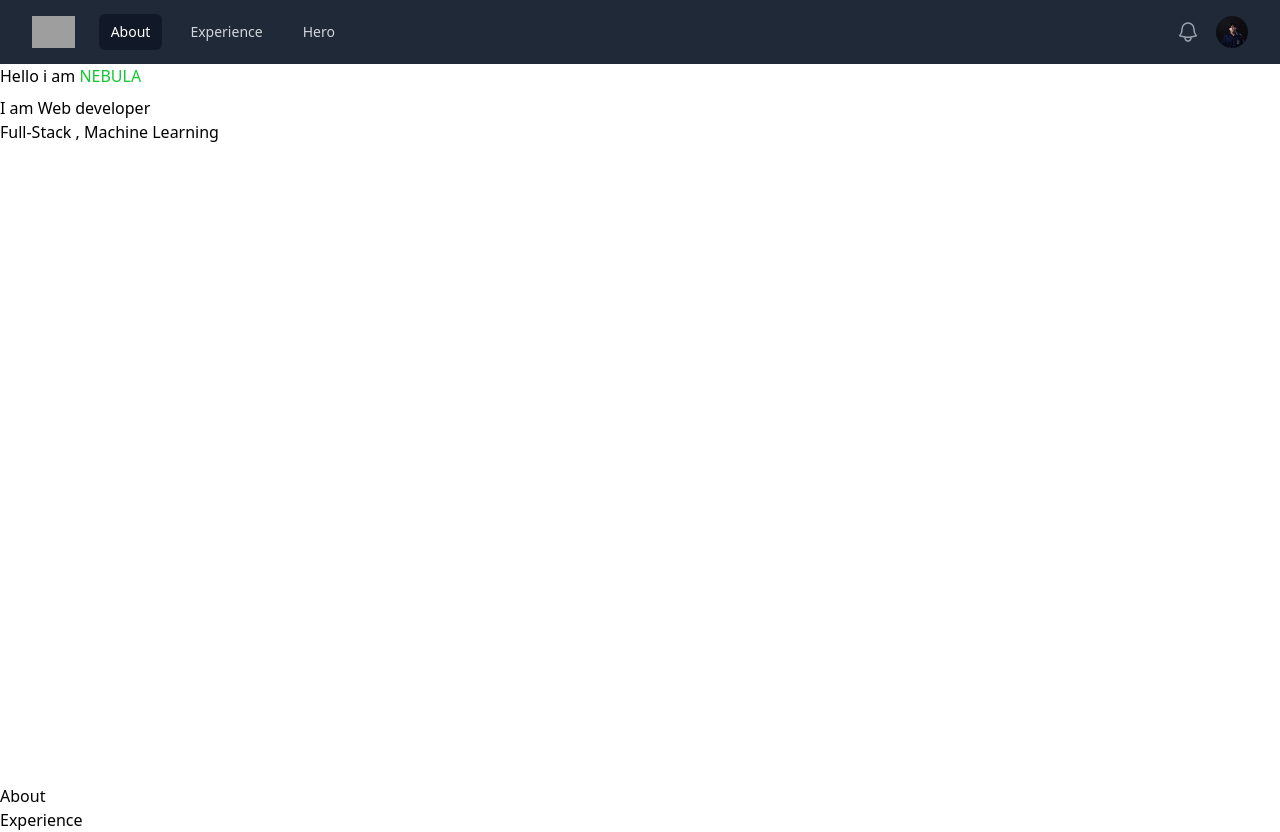
Repository: supakorn5039-boon/React-f
Page: /
The author's editor kept a copy of each file at every save. The page is drawn from the files as they stood at one save, then again after a run of saves.
The browser window is 1280 px wide. The pictures show the whole page.
Pictures or frames that could not be fetched are drawn as grey boxes. The project was rebuilt for these pictures with package versions that can differ from the ones it lists, and the page was loaded fresh each time. Also part of the build but not shown: vite.config.js.

Above is the page before, as saved 2024-01-09 10:55:17.

After the next 3 saves:
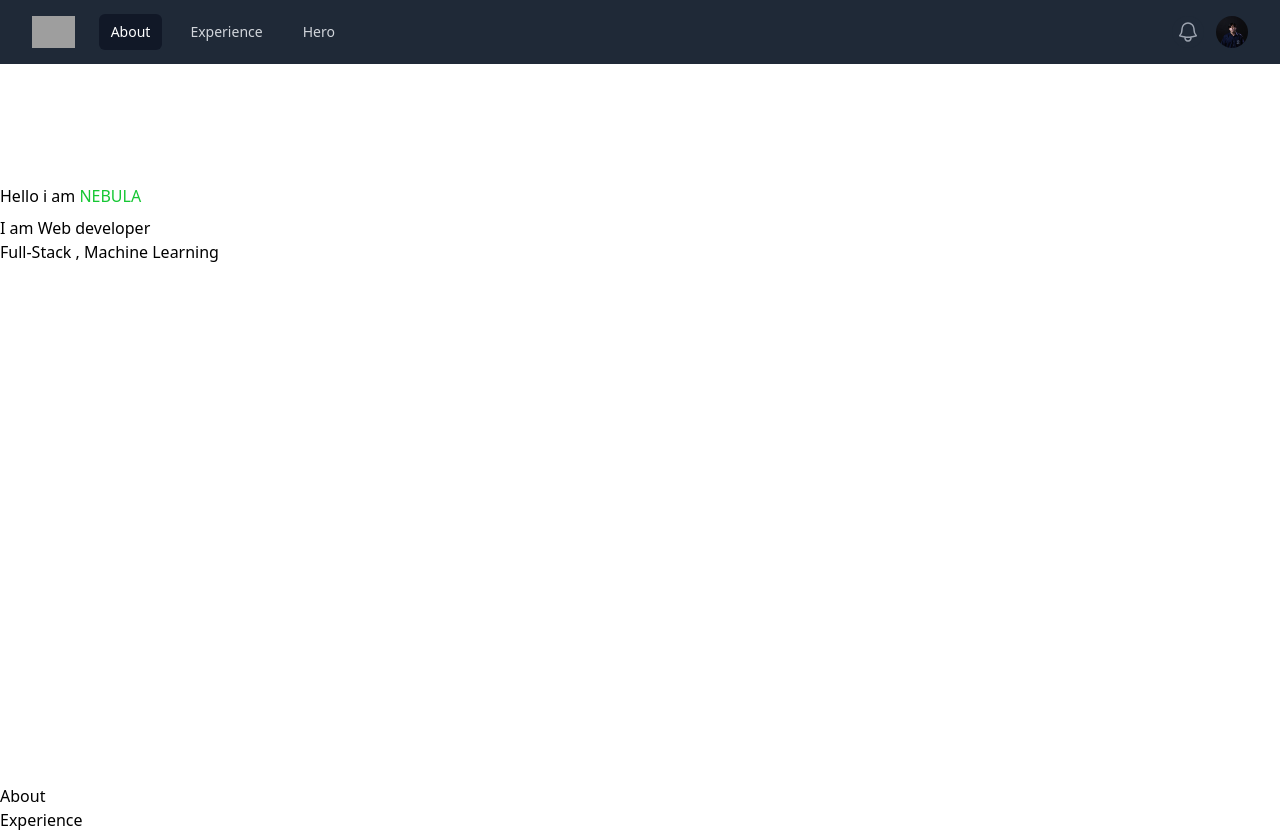
The 3 saves are shown as one change because they came seconds apart.
The last was saved 8 s later.
--- a/src/components/Hero.jsx
+++ b/src/components/Hero.jsx
@@ -1,7 +1,7 @@
 export default function Hero() {
   return (
     <section className="relative w-full h-screen mx-auto bg-lufy ">
-      <div className="absolute inset-0 ">
+      <div className="absolute inset-0 top-[120px] mx-w-7xl ">
         <div>
           <h1 className="heroHeadText">
             Hello i am <span className="text-[#16c734]">NEBULA</span>
